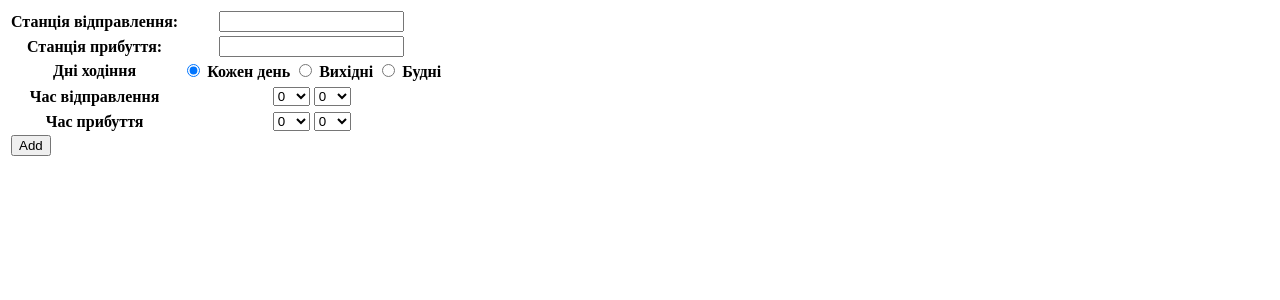
Repository: predator11/Project
Page: http://localhost/TimetableProject/add.jsp
An editor plug-in stored every save of this project. The page is shown before and after the next save, followed by the edit.
The browser window is 1280 px wide. The pictures show the whole page.
The page is served by Tomcat 9.

Above is the page before, as saved 2015-06-29 20:01:48.

After the next save:
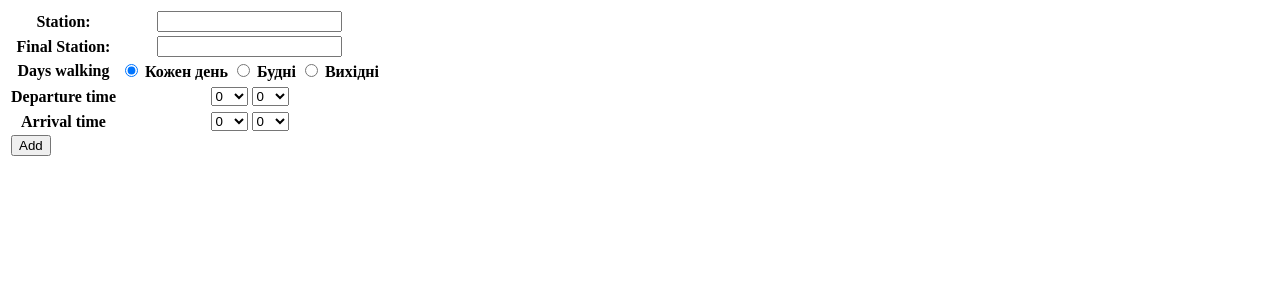
Saved 4 min 5 s later.
--- a/TimetableProject/WebContent/add.jsp
+++ b/TimetableProject/WebContent/add.jsp
@@ -5,31 +5,34 @@
 <!DOCTYPE html PUBLIC "-//W3C//DTD HTML 4.01 Transitional//EN" "http://www.w3.org/TR/html4/loose.dtd">
 <html>
 <head>
-<meta charset="UTF-8">
+<meta http-equiv="Content-Type" content="text/html; charset=ISO-8859-1">
 <title>Insert title here</title>
 </head>
 <body>
+ <% String everyDay = "Кожен день";
+    String weekdays = "Будні";
+    String weekend = "Вихідні"; %>
  <form method="post" action="CRUD?action=add"">
       <table>
        <tr>
-         <th>Станція відправлення: </th>
+         <th>Station: </th>
          <th><input type="Text" name="St"></th>
         </tr>
        <tr>
-         <th>Станція прибуття: </th>
+         <th>Final Station: </th>
          <th><input type="Text" name="fSt"></th>
         </tr>
        <tr>
-         <th>Дні ходіння</th>
+         <th>Days walking</th>
          <th>
-            <input type="radio" name="walkDays" checked="checked" value="Кожен день"> Кожен день
-           <input type="radio" name="walkDays" value="Вихідні"> Вихідні
-           <input type="radio" name="walkDays" value="Будні"> Будні
+            <input type="radio" name="walkDays" checked="checked" value="Кожен день"> <%= everyDay %>
+           <input type="radio" name="walkDays" value="Вихідні"> <%= weekdays %>
+           <input type="radio" name="walkDays" value="Будні"> <%= weekend %>
          </th>
         </tr>
        <tr>
        <tr>
-         <th>Час відправлення</th>
+         <th>Departure time</th>
           <th>
           <select name="departurelHour" size=1>
             <c:forEach var="i" begin="0" end="24">
@@ -45,7 +48,7 @@
         </tr>
        <tr>
        <tr>
-         <th>Час прибуття</th>
+         <th>Arrival time</th>
          <th>
           <select name="arrivalHour" size=1>
             <c:forEach var="i" begin="0" end="24">
